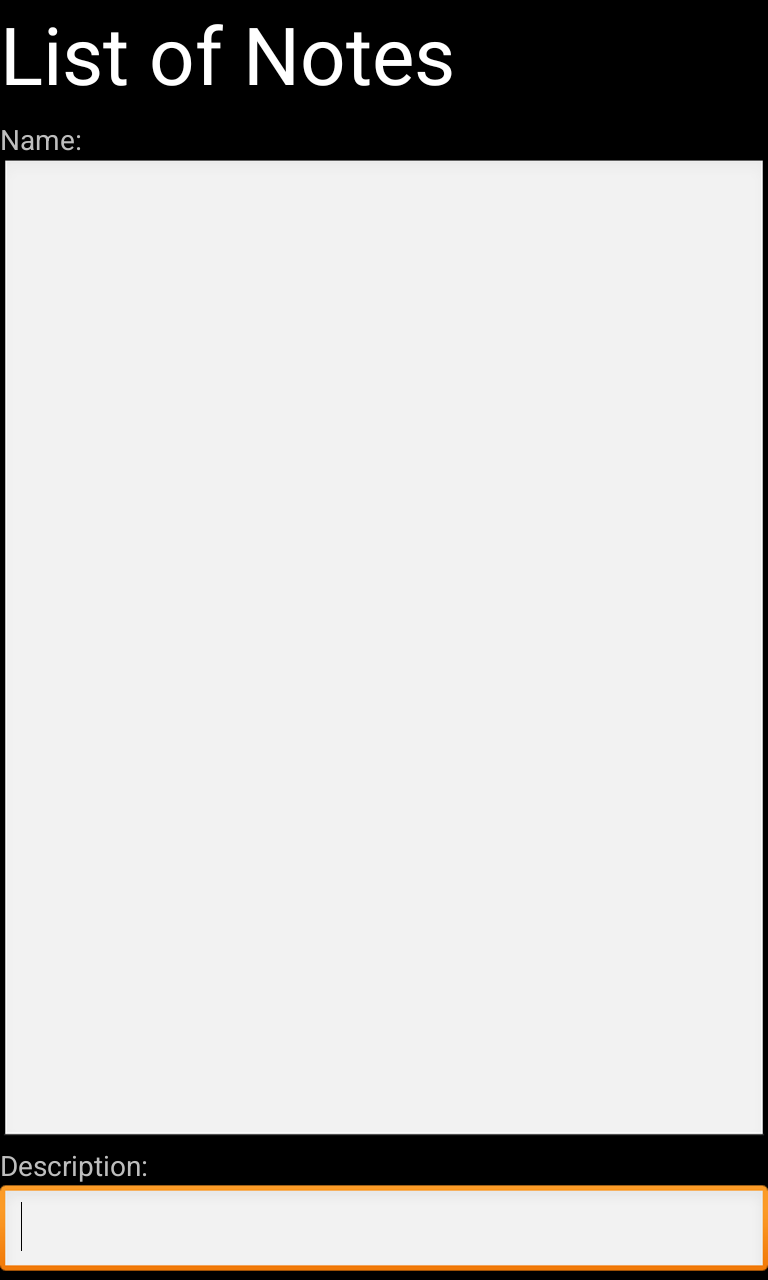
Repository: sandrapatfer/PROMPT11-10-CloudComputing.sandrapatfer
Layout: src/FinalWork/AndroidCloudNotes/AndroidCloudNotes/res/layout/tasklist_item_view.xml
An editor plug-in stored every save of this project. The layout is shown before and after the next save, followed by the edit.
It is drawn on a 768 x 1280 px phone screen (xhdpi) without system bars, with theme android:Theme; the app's code is not run.

Above is the layout before, as saved 2012-06-03 20:17:22.

### src/FinalWork/AndroidCloudNotes/AndroidCloudNotes/res/layout/tasklist_item_view.xml
<?xml version="1.0" encoding="utf-8"?>
<LinearLayout xmlns:android="http://schemas.android.com/apk/res/android"
    android:layout_width="match_parent"
    android:layout_height="match_parent"
    android:orientation="vertical" >


   <TextView
        android:id="@+id/textView1"
        android:layout_width="match_parent"
        android:layout_height="60dp"
        android:text="@string/tasklist_title"
        android:textAppearance="?android:attr/textAppearanceLarge"
        android:textSize="40dp" />

   <TextView
       android:id="@+id/textView2"
       android:layout_width="wrap_content"
       android:layout_height="wrap_content"
       android:text="@string/name_label" />

        <EditText
            android:id="@+id/editText1"
            android:layout_width="match_parent"
            android:layout_height="wrap_content"
            android:layout_weight="1" />

        <TextView
            android:id="@+id/textView3"
            android:layout_width="wrap_content"
            android:layout_height="wrap_content"
            android:text="@string/description_label" />


    <EditText
        android:id="@+id/editText2"
        android:layout_width="match_parent"
        android:layout_height="wrap_content"
        android:inputType="textMultiLine" >

        <requestFocus />
    </EditText>

</LinearLayout>

### src/FinalWork/AndroidCloudNotes/AndroidCloudNotes/res/values/strings.xml
<?xml version="1.0" encoding="utf-8"?>
<resources>

    <string name="hello">Hello World, AndroidCloudNotesActivity!</string>
    <string name="app_name">Prompt Cloud Notes for Android</string>
    <string name="tasklistitem_label">"List: "</string>
    <string name="tasklists_title">Lists of Notes</string>
    <string name="tasklist_title">List of Notes</string>
    <string name="tasklist_createnew_label">Add List</string>
    <string name="name_label">Name:</string>
    <string name="description_label">Description:</string>

</resources>

After the next save:
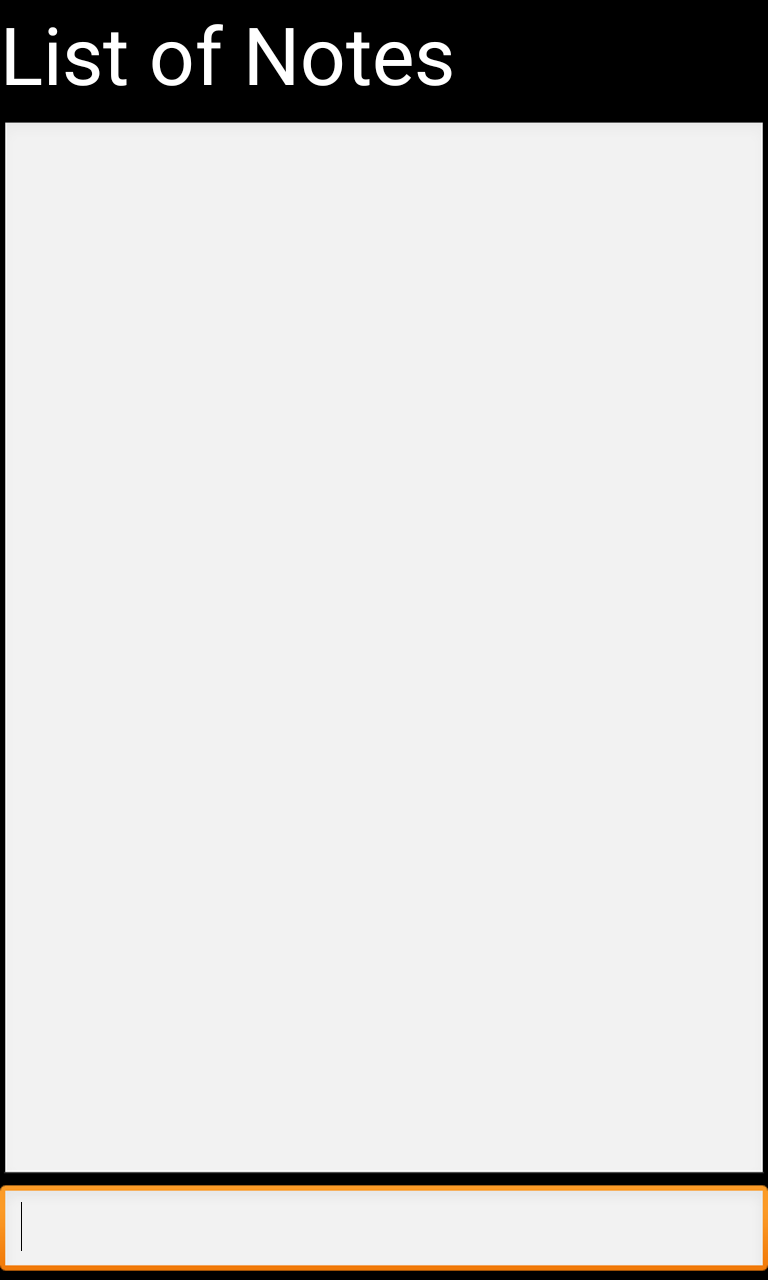
Saved 28 s later.
--- a/src/FinalWork/AndroidCloudNotes/AndroidCloudNotes/res/layout/tasklist_item_view.xml
+++ b/src/FinalWork/AndroidCloudNotes/AndroidCloudNotes/res/layout/tasklist_item_view.xml
@@ -16,7 +16,6 @@
    <TextView
        android:id="@+id/textView2"
        android:layout_width="wrap_content"
-       android:layout_height="wrap_content"
        android:text="@string/name_label" />
 
         <EditText
@@ -28,7 +27,6 @@
         <TextView
             android:id="@+id/textView3"
             android:layout_width="wrap_content"
-            android:layout_height="wrap_content"
             android:text="@string/description_label" />
 
 
